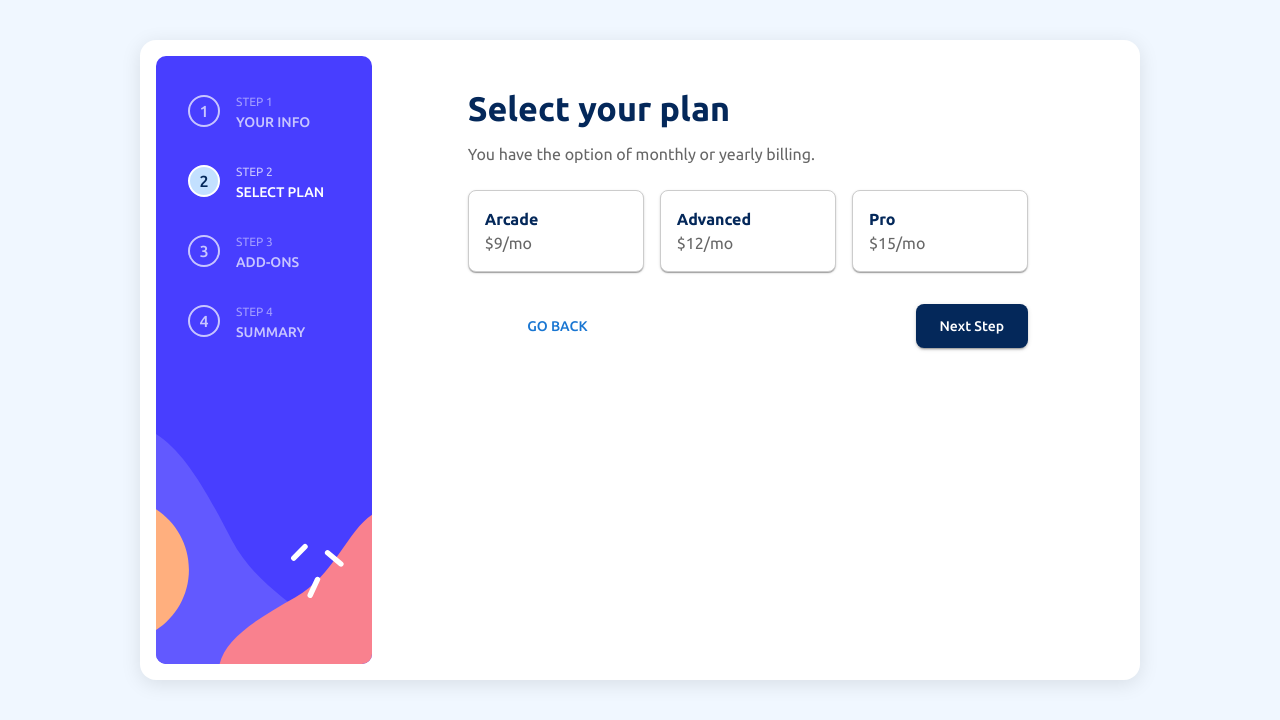
Repository: ozerrrs/chalange7days
Page: / (app in 7dayschalange/7dayschallange/), after clicking the first element matching `button.MuiButtonBase-root`
These files come from the project's save history. The page is drawn as it stood at one moment and after the next save; the edit follows.
The browser window is 1280 px wide. The pictures show the whole page.
The project was rebuilt for these pictures with package versions that can differ from the ones it lists, and the page was loaded fresh each time. Also part of the build but not shown: 7dayschalange/7dayschallange/vite.config.js.

Above is the page before, as saved 2025-03-05 15:04:27.

After the next save:
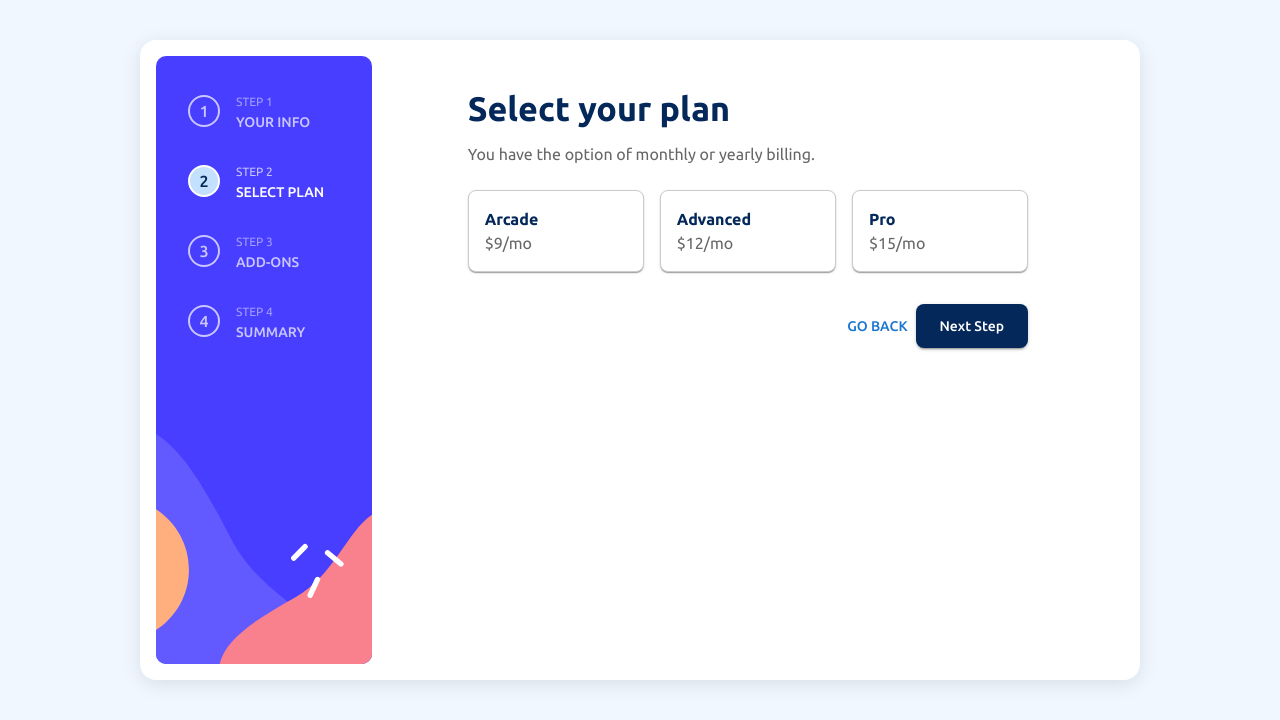
Saved 12 s later.
--- a/7dayschalange/7dayschallange/src/pages/firstPage.jsx
+++ b/7dayschalange/7dayschallange/src/pages/firstPage.jsx
@@ -321,7 +321,7 @@ function MultiStepForm() {
 
         <Box sx={{ display: "flex", justifyContent: "flex-end", mt: 4 }}>
           {activeStep !== 0 && (
-            <Button onClick={handleBack} sx={{ mr: 40 }}>
+            <Button onClick={handleBack} sx={{ ml: 2 }}>
               Go Back
             </Button>
           )}
